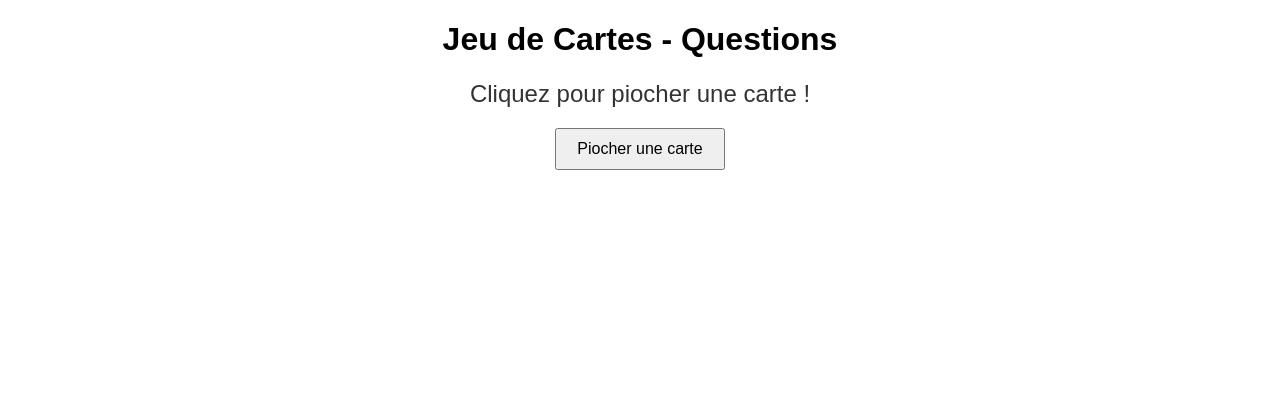
Repository: brickinclackman/Card-Knowledge-Game
Page: test.html
These files come from the project's save history. The page is drawn as it stood at one moment and after the next save; the edit follows.
The browser window is 1280 px wide. The pictures show the whole page.

Above is the page before, as saved 2024-12-08 11:35:47.

### test.html
<!DOCTYPE html>
<html lang="fr">
<head>
  <meta charset="UTF-8">
  <meta name="viewport" content="width=device-width, initial-scale=1.0">
  <title>Jeu de Questions</title>
  <style>
    body {
      font-family: Arial, sans-serif;
      text-align: center;
      margin: 20px;
    }
    #question {
      margin: 20px 0;
      font-size: 1.5em;
      color: #333;
    }
    button {
      padding: 10px 20px;
      font-size: 1em;
      cursor: pointer;
    }
  </style>
</head>
<body>
  <h1>Jeu de Cartes - Questions</h1>
  <div id="question">Cliquez pour piocher une carte !</div>
  <button id="drawCard">Piocher une carte</button>

  <script src="script.js"></script>
</body>
</html>

### script.js
// Charger le JSON et l'utiliser
fetch('questions_game.json')
    .then(response => {
        if (!response.ok) {
            throw new Error(`Erreur de chargement : ${response.status}`);
        }
        return response.json();
    })
    .then(data => {
        // Appelle une fonction pour gérer les questions
        initializeGame(data);
    })
    .catch(error => {
        console.error('Erreur lors du chargement des données JSON :', error);
    });

// Initialiser le jeu avec les données JSON
function initializeGame(questions) {
    console.log('Données JSON :', questions);

    // Exemple : afficher une question pour l'As de Hearts dans la console
    console.log('As de Hearts :', questions.Coeurs.As);

    // Exemple d'interaction dynamique
    const questionContainer = document.getElementById('question');
    const drawCardButton = document.getElementById('drawCard');
    const resetButton = document.getElementById('resetButton'); // Bouton de réinitialisation

    // Vérifier l'URL de la page
    const isHomePage = window.location.pathname.includes('index');
    const isPlayPage = window.location.pathname.includes('play');

    if (isHomePage) {
        const maxClicks = 5; // Limiter à 3 clics
        const customMessageBox = document.getElementById('customMessageBox');
        const closeMessageBox = document.getElementById('closeMessageBox');
        const messageText = document.getElementById('messageText');

        // Récupérer le nombre de clics précédents depuis localStorage
        let clickCount = parseInt(localStorage.getItem('clickCount')) || 0;

        // Créer une liste des 5 cartes à tirer dans le mode démo
        const demoCards = [
            { suit: 'Coeurs', card: 'As' },
            { suit: 'Coeurs', card: 'Roi' },
            { suit: 'Carreaux', card: 'Dame' },
            { suit: 'Trèfle', card: 'Valet' },
            { suit: 'Piques', card: '10' }
        ];

        drawCardButton.addEventListener('click', () => {

            if (clickCount >= maxClicks) {
                // Afficher la boîte de message personnalisée
                customMessageBox.style.display = 'block';
                messageText.textContent = 'Vous avez atteint la limite de clics pour cette page.';
                drawCardButton.disabled = true; // Désactive le bouton après 5 clics
                return;
            }

            // Tirer une carte aléatoire parmi celles de la liste "demoCards"
            const randomCardIndex = Math.floor(Math.random() * demoCards.length);
            const randomCard = demoCards[randomCardIndex];

            // Affiche la question correspondante
            questionContainer.textContent = `Question (${randomCard.card} de ${randomCard.suit}): ${questions[randomCard.suit][randomCard.card]}`;
            clickCount++;

            // Sauvegarder le nouveau nombre de clics dans localStorage
            localStorage.setItem('clickCount', clickCount);

            // Optionnel : Retirer la carte de la liste après l'avoir utilisée pour ne pas la tirer à nouveau
            demoCards.splice(randomCardIndex, 1);
            if (demoCards.length === 0) {
                // Si toutes les cartes ont été tirées, vous pouvez désactiver le bouton ou afficher un message
                drawCardButton.disabled = true;
                questionContainer.textContent = 'Toutes les cartes ont été tirées !';
            }
        });

        // Fermer la boîte de message
        closeMessageBox.addEventListener('click', () => {
            customMessageBox.style.display = 'none';
        });

        // Réinitialiser le compteur de clics
        resetButton.addEventListener('click', () => {
            localStorage.removeItem('clickCount'); // Réinitialise le compteur
            clickCount = 0; // Remettre le compteur à zéro
        });
    } else if (isPlayPage) {
        // Aucun limite pour la page "play"
        drawCardButton.addEventListener('click', () => {
            const randomSuit = getRandomKey(questions); // Couleur aléatoire
            const randomCard = getRandomKey(questions[randomSuit]); // Carte aléatoire

            // Affiche la question correspondante
            questionContainer.textContent = `Question (${randomCard} de ${randomSuit}): ${questions[randomSuit][randomCard]}`;
        });
    }
}

// Obtenir une clé aléatoire d'un objet
function getRandomKey(obj) {
    const keys = Object.keys(obj);
    return keys[Math.floor(Math.random() * keys.length)];
}

//L'utilisateur a changé de page par maladresse ?
// Réinitialiser le compteur de clics
//localStorage.removeItem('clickCount');

### questions_game.json
{
    "Coeurs": {
        "As": "Quel est ton meilleur souvenir d’enfance ?",
        "2": "Quelle est la plus belle preuve d’amour que tu as reçue ?",
        "3": "Qu’est-ce qui te rend le plus heureux(se) au quotidien ?",
        "4": "Quelle est la personne la plus importante dans ta vie et pourquoi ?",
        "5": "Quelle est ta plus grande peur ?",
        "6": "Que fais-tu pour te réconforter dans les moments difficiles ?",
        "7": "As-tu une qualité dont tu es particulièrement fier(ère) ?",
        "8": "Quel est ton plus grand rêve ?",
        "9": "Quelle est la chose que tu aimerais dire à ton 'toi' plus jeune ?",
        "10": "Quelle chanson te fait toujours ressentir des émotions fortes ?",
        "Valet": "Qui est ton modèle ou ta source d’inspiration ?",
        "Dame": "Quel est le plus beau compliment que l’on t’ait fait ?",
        "Roi": "Quelle est la leçon de vie la plus précieuse que tu aies apprise ?"
    },
    "Carreaux": {
        "As": "Si tu pouvais apprendre une nouvelle compétence, laquelle serait-ce ?",
        "2": "Quelle est ton activité préférée pour te détendre ?",
        "3": "Quel est ton film ou ta série préférée ?",
        "4": "Préfères-tu lire, regarder des films ou écouter de la musique ? Pourquoi ?",
        "5": "Quelle est ta destination de voyage de rêve ?",
        "6": "As-tu un talent ou un hobby peu connu ?",
        "7": "Si tu pouvais vivre dans une autre époque, laquelle choisirais-tu ?",
        "8": "Quel est ton plat ou restaurant préféré ?",
        "9": "Quelle est ta façon préférée de passer un week-end ?",
        "10": "Quel est ton jeu préféré (vidéo, société, ou autre) ?",
        "Valet": "Quel est le dernier livre que tu as lu ou que tu veux lire ?",
        "Dame": "Quelle est ton activité créative favorite ?",
        "Roi": "Si tu pouvais passer une journée avec une célébrité, qui serait-ce ?"
    },
    "Trefles": {
        "As": "Où te vois-tu dans 5 ans ?",
        "2": "Quelle est ta plus grande ambition ?",
        "3": "Préfères-tu travailler seul(e) ou en équipe ? Pourquoi ?",
        "4": "Quel serait ton emploi idéal ?",
        "5": "Quelle est la prochaine étape importante dans ta vie ?",
        "6": "Quel projet personnel ou professionnel te passionne le plus ?",
        "7": "Que ferais-tu si tu gagnais une grosse somme d’argent ?",
        "8": "Quelle est la qualité que tu admires le plus chez les autres ?",
        "9": "As-tu une méthode pour rester motivé(e) ?",
        "10": "Quelle compétence aimerais-tu améliorer dans ta vie professionnelle ou personnelle ?",
        "Valet": "Quel est ton plus grand succès jusqu’à maintenant ?",
        "Dame": "Si tu pouvais lancer une entreprise, quelle serait-elle ?",
        "Roi": "Quel est ton plus grand défi pour atteindre tes objectifs ?"
    },
    "Piques": {
        "As": "Quel est le plus grand défi que tu as surmonté ?",
        "2": "Quelle est la décision la plus difficile que tu aies jamais prise ?",
        "3": "As-tu un souvenir embarrassant, mais drôle ?",
        "4": "Quel est ton plus grand regret, si tu en as un ?",
        "5": "Quelle situation stressante as-tu récemment vécue ?",
        "6": "Quelle est la plus grande leçon apprise après un échec ?",
        "7": "Si tu pouvais revenir en arrière, que changerais-tu dans ta vie ?",
        "8": "Quelle est la chose la plus courageuse que tu aies faite ?",
        "9": "As-tu déjà pris un risque qui a changé ta vie ?",
        "10": "Quelle est la chose la plus surprenante que tu as apprise sur toi-même ?",
        "Valet": "As-tu un souvenir marquant d’un voyage ou d’une expérience ?",
        "Dame": "Quel est ton plus grand défi à venir ?",
        "Roi": "Quelle est la chose la plus importante que tu veux accomplir dans ta vie ?"
    },
    "Jokers": {
        "Rouge": "Pose une question à une personne au choix, mais elle peut choisir de ne pas répondre.",
        "Noir": "Pose une question libre à une autre personne, qui doit répondre honnêtement."
    }
}

After the next save:
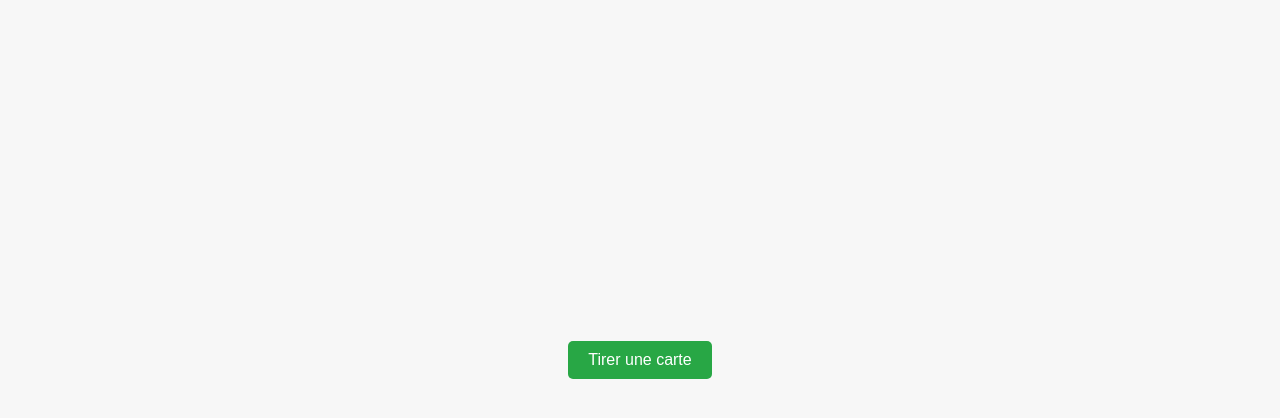
Saved 2 min 51 s later.
--- a/test.html
+++ b/test.html
@@ -1,32 +1,76 @@
 <!DOCTYPE html>
 <html lang="fr">
 <head>
-  <meta charset="UTF-8">
-  <meta name="viewport" content="width=device-width, initial-scale=1.0">
-  <title>Jeu de Questions</title>
-  <style>
-    body {
-      font-family: Arial, sans-serif;
-      text-align: center;
-      margin: 20px;
-    }
-    #question {
-      margin: 20px 0;
-      font-size: 1.5em;
-      color: #333;
-    }
-    button {
-      padding: 10px 20px;
-      font-size: 1em;
-      cursor: pointer;
-    }
-  </style>
+    <meta charset="UTF-8">
+    <meta name="viewport" content="width=device-width, initial-scale=1.0">
+    <title>Carte aléatoire</title>
+    <style>
+        body {
+            display: flex;
+            justify-content: center;
+            align-items: center;
+            min-height: 100vh;
+            margin: 0;
+            background-color: #f7f7f7;
+            font-family: Arial, sans-serif;
+        }
+        .card {
+            display: none; /* Masquée au départ */
+            width: 200px;
+            height: auto;
+            border: 2px solid #333;
+            border-radius: 10px;
+            box-shadow: 0 4px 8px rgba(0, 0, 0, 0.2);
+            margin-top: 20px;
+        }
+        button {
+            padding: 10px 20px;
+            font-size: 16px;
+            border: none;
+            border-radius: 5px;
+            cursor: pointer;
+            background-color: #28a745;
+            color: white;
+            transition: background-color 0.3s;
+        }
+        button:hover {
+            background-color: #218838;
+        }
+    </style>
 </head>
 <body>
-  <h1>Jeu de Cartes - Questions</h1>
-  <div id="question">Cliquez pour piocher une carte !</div>
-  <button id="drawCard">Piocher une carte</button>
+    <div>
+        <button id="showCardBtn">Tirer une carte</button>
+        <img src="" alt="Carte à jouer" class="card" id="card">
+    </div>
 
-  <script src="script.js"></script>
+    <script>
+        // Liste des cartes (chemins des fichiers)
+        const cards = [
+            "images/cards/ace_of_hearts.png",
+            "images/cards/king_of_clubs.png",
+            "images/cards/queen_of_diamonds.png",
+            "images/cards/jack_of_spades.png",
+            "images/cards/10_of_hearts.png",
+            // Ajoutez toutes les cartes ici...
+        ];
+
+        // Ciblez le bouton et l'image
+        const button = document.getElementById('showCardBtn');
+        const card = document.getElementById('card');
+
+        // Fonction pour sélectionner une carte aléatoire
+        function getRandomCard() {
+            const randomIndex = Math.floor(Math.random() * cards.length);
+            return cards[randomIndex];
+        }
+
+        // Ajouter un événement au clic
+        button.addEventListener('click', () => {
+            const randomCard = getRandomCard(); // Obtenez une carte aléatoire
+            card.src = randomCard; // Changez la source de l'image
+            card.style.display = 'block'; // Affichez l'image
+        });
+    </script>
 </body>
 </html>
